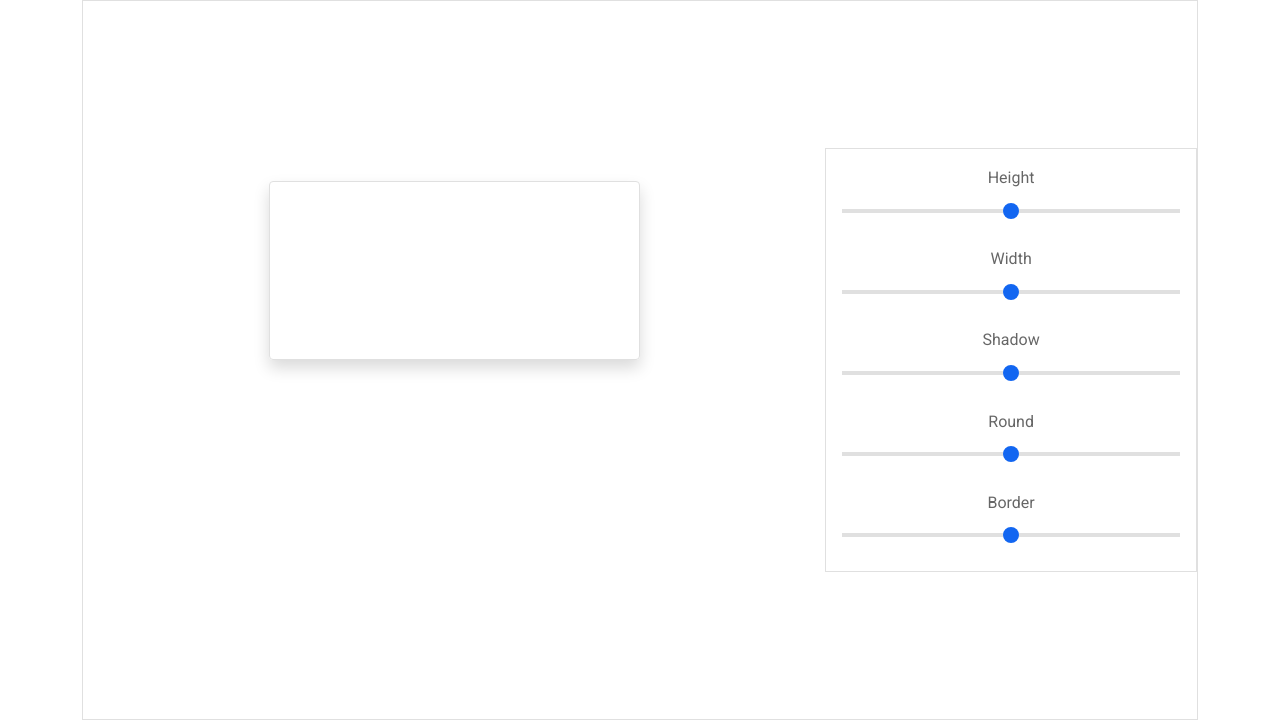
Repository: USaditya98/card-generator
Page: index.html
These files come from the project's save history. The page is drawn as it stood at one moment and after the next save; the edit follows.
The browser window is 1280 px wide. The pictures show the whole page.

Above is the page before, as saved 2021-10-20 11:30:37.

After the next save:
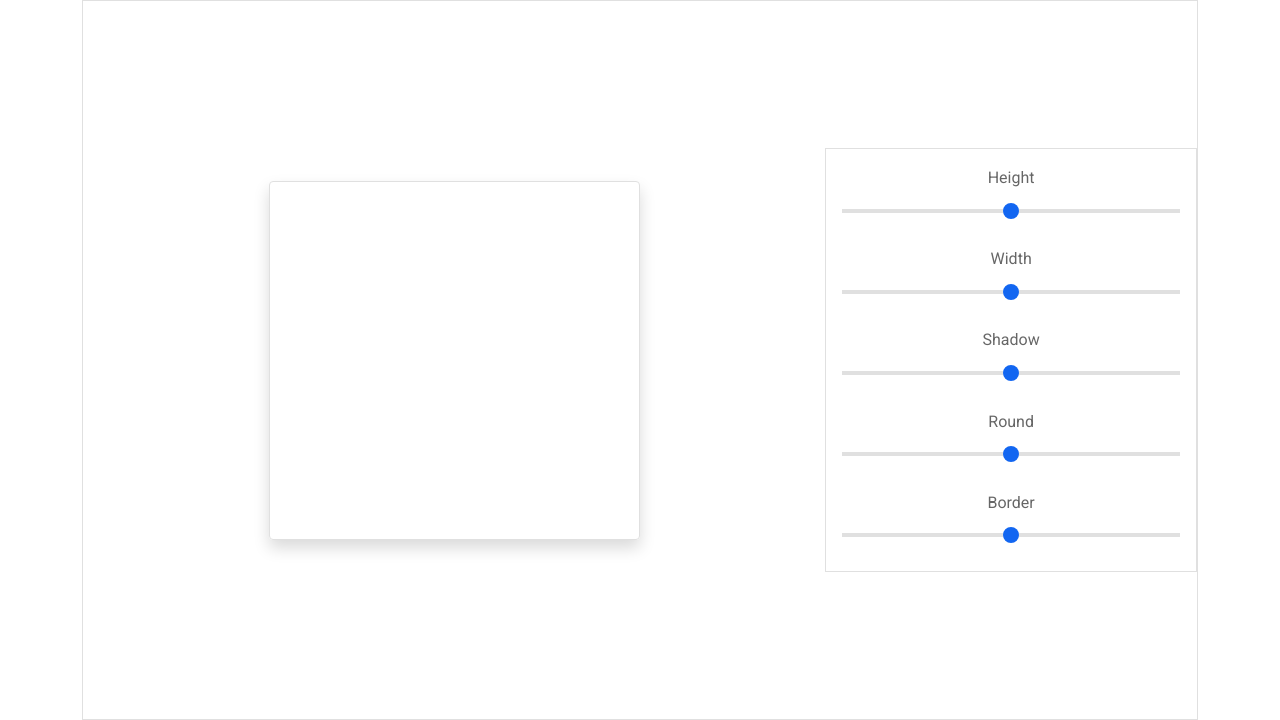
Saved 9 s later.
--- a/index.html
+++ b/index.html
@@ -22,7 +22,7 @@
     <div class="container">
       <div class="d-flex justify-content-between align-items-center text-center border" style="height: 100vh;">
             <div class="d-flex justify-content-center w-100 h-50" >
-                <div class="text-center w-50 h-50 border rounded shadow" id="create">
+                <div class="text-center w-50   border rounded shadow" id="create">
                 </div>
             </div>
             <div class="border w-50 ">
